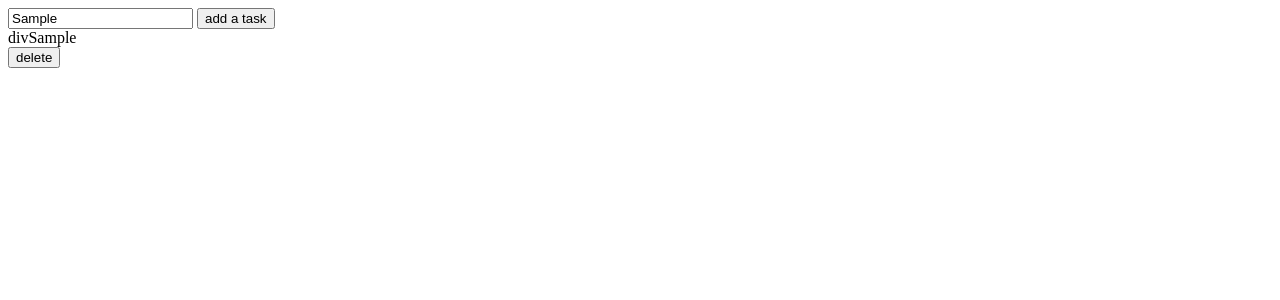
Repository: tanayburbure/Todo-application
Page: index.html
The author's editor kept a copy of each file at every save. The page is drawn from the files as they stood at one save, then again after the next save.
The browser window is 1280 px wide. The pictures show the whole page.
Empty fields were first filled with sample values (such as "Sample", 5 or name@example.com).
After loading, the first visible `button` was clicked once.

Above is the page before, as saved 2025-10-21 16:33:38.

After the next save:
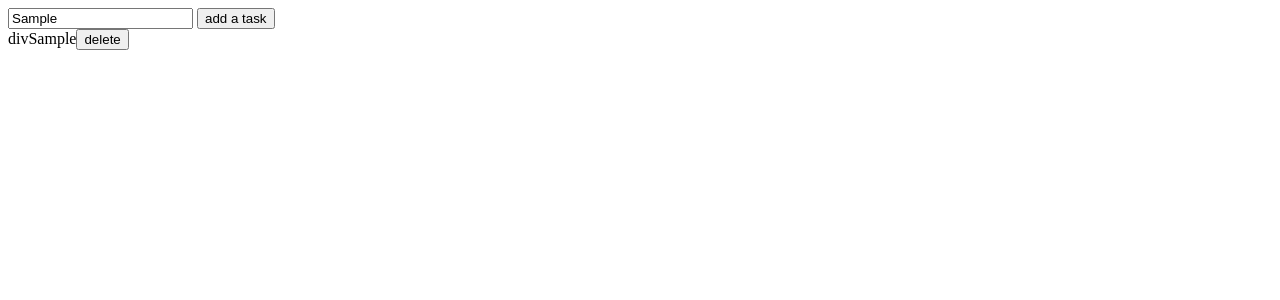
Saved 40 s later.
--- a/script.js
+++ b/script.js
@@ -27,6 +27,6 @@ function addtodo(){
 
 
     const newDivEL = document.createElement("div")
-    newDivEL.innerHTML = "div" + value + "<div/><button>delete</button>";
+    newDivEL.innerHTML = "div" + value + "</div><button>delete</button>";
     document.querySelector("body").appendChild(newDivEL)
 }
